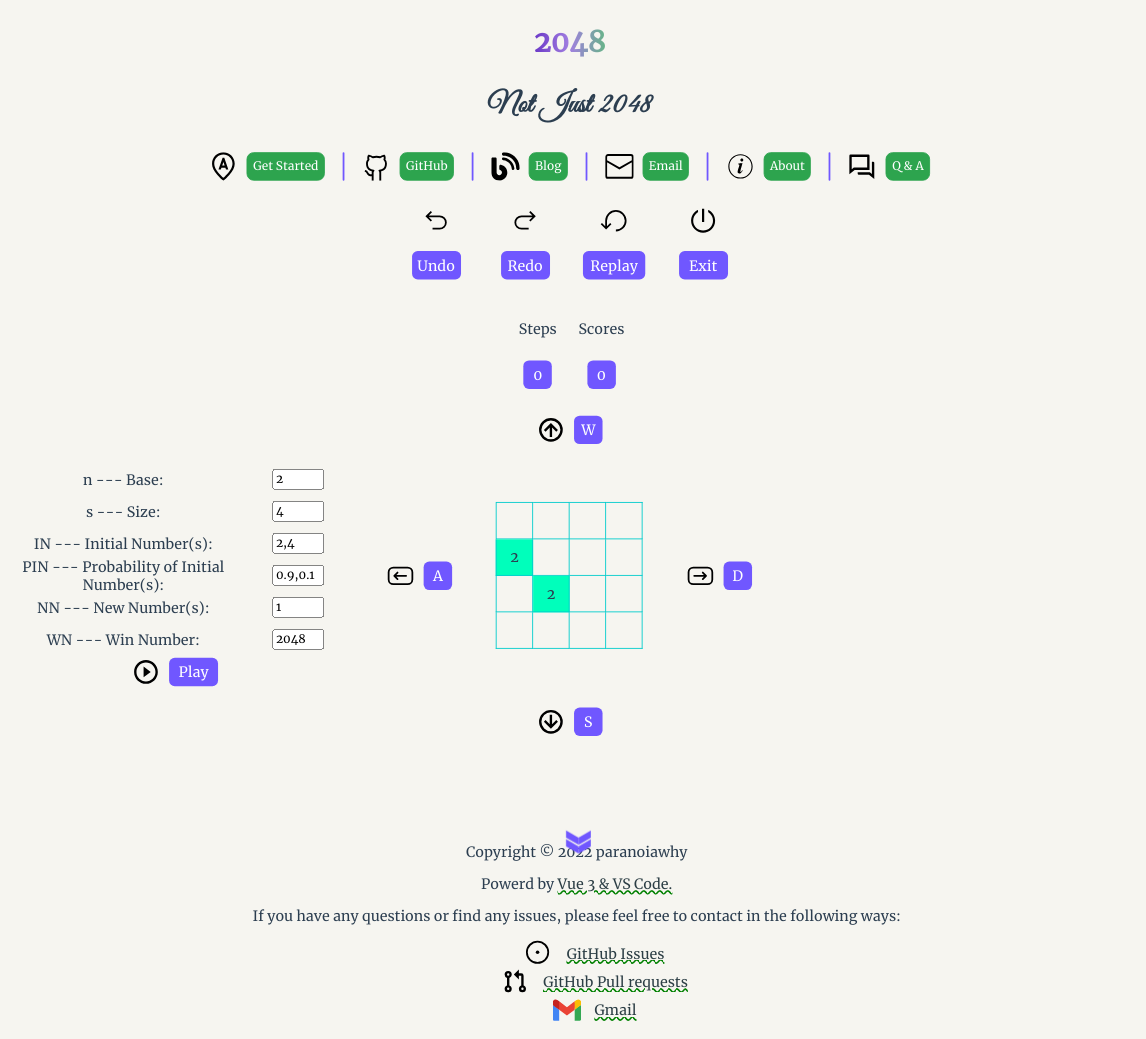
Repository: 321paranoiawhy/2048
Page: /
These files come from the project's save history. The page is drawn as it stood at one moment and after the next save; the edit follows.
The browser window is 1280 px wide. The page is 1288 px wide, so the pictures cover 1288 px, including what lies to the right of the window. The pictures show the whole page, at 89% of full size.
The project was rebuilt for these pictures with package versions that can differ from the ones it lists, and the page was loaded fresh each time. Also part of the build but not shown: vue.config.js.

Above is the page before, as saved 2022-04-29 21:51:29.

After the next save:
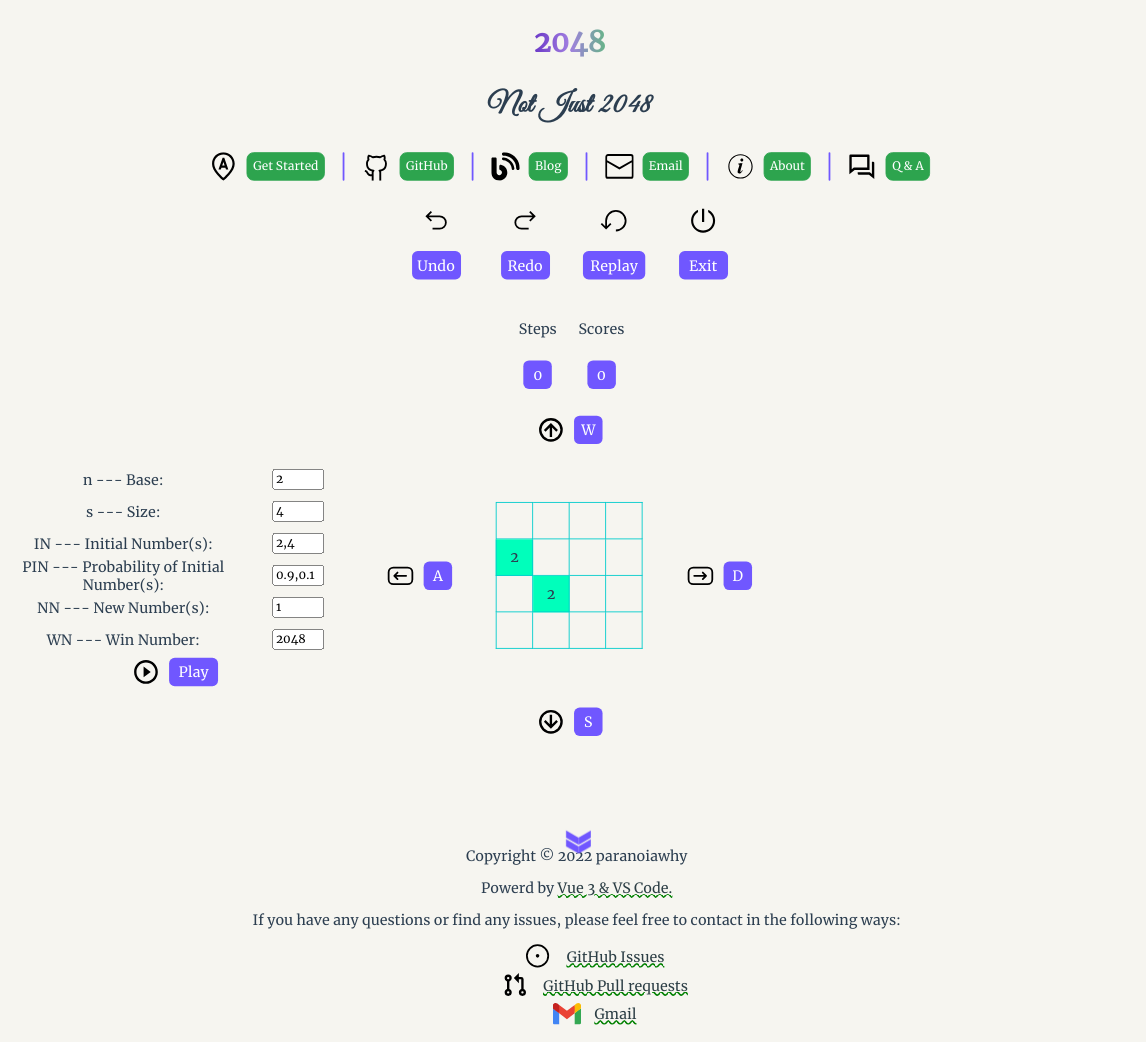
Saved 41 s later.
--- a/src/components/footer.vue
+++ b/src/components/footer.vue
@@ -89,7 +89,7 @@ footer {
         position: relative;
         width: 24px;
         height: 24px;
-        margin: auto;
+        margin: 0 auto 20px;
     }
 }
 
